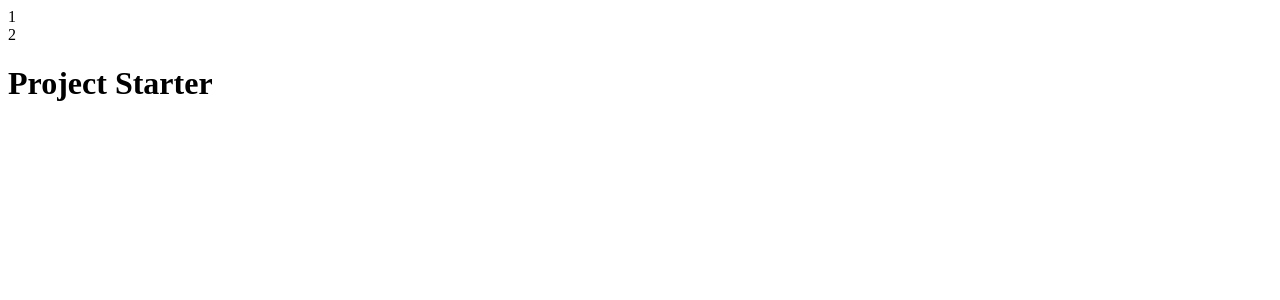
Repository: Williamlmachado/Progress-steps
Page: index.html
These files come from the project's save history. The page is drawn as it stood at one moment and after the next save; the edit follows.
The browser window is 1280 px wide. The pictures show the whole page.

Above is the page before, as saved 2021-08-11 09:17:38.

After the next save:
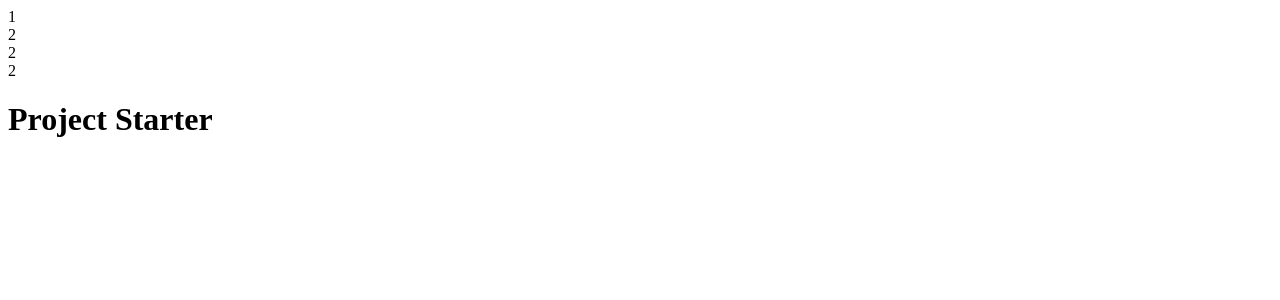
Saved 11 s later.
--- a/index.html
+++ b/index.html
@@ -12,6 +12,9 @@
                 <div class="progress" id="progress"></div>
                 <div class="circle active">1</div>
                 <div class="circle">2</div>
+                <div class="circle">2</div>
+                <div class="circle">2</div>
+
             </div>
         </div>
         <h1>Project Starter</h1>
